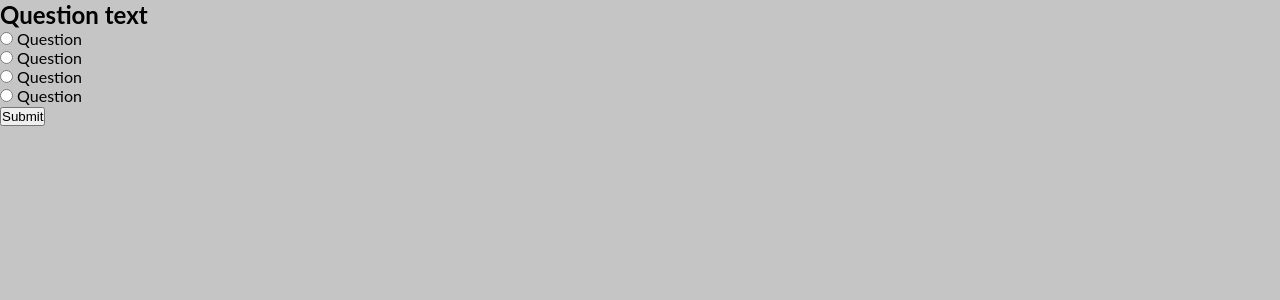
Repository: PratypartyY2K/JavaScript-Projects
Page: Quiz-App/index.html
These files come from the project's save history. The page is drawn as it stood at one moment and after the next save; the edit follows.
The browser window is 1280 px wide. The pictures show the whole page.

Above is the page before, as saved 2021-07-04 09:03:59.

### Quiz-App/index.html
<!DOCTYPE html>
<html lang="en">

<head>
    <meta charset="UTF-8">
    <meta http-equiv="X-UA-Compatible" content="IE=edge">
    <meta name="viewport" content="width=device-width, initial-scale=1.0">
    <title>Quiz App</title>
    <link rel="stylesheet" href="styles.css">
    <script src="script.js" defer></script>
</head>

<body>
    <div class="quiz-container" id="quiz">
        <div class="quiz-header">
            <h2 id="question">Question text</h2>
            <ul>
                <li>
                    <input type="radio" id="a" name="answer" class="answer" />
                    <label id="a_text" for="a">Question</label>
                </li>
                <li>
                    <input type="radio" id="b" name="answer" class="answer" />
                    <label id="b_text" for="b">Question</label>
                </li>
                <li>
                    <input type="radio" id="c" name="answer" class="answer" />
                    <label id="c_text" for="c">Question</label>
                </li>
                <li>
                    <input type="radio" id="d" name="answer" class="answer" />
                    <label id="d_text" for="d">Question</label>
                </li>
            </ul>
        </div>
        <button id="submit">Submit</button>
    </div>
</body>
</html>

### Quiz-App/styles.css
* {
    margin: 0;
    padding: 0;
    box-sizing: border-box;
}

body {
    background: rgb(197, 197, 197);
    font-family: "Lato", sans-serif;
}

### Quiz-App/script.js
const quizData = [
  {
    question: "What is 10 + 4?",
    a: "12",
    b: "14",
    c: "16",
    d: "140",
    correct: "c",
  },
  {
    question: "What is 20 - 9?",
    a: "7",
    b: "13",
    c: "11",
    d: "29",
    correct: "c",
  },
  {
    question: "What is 7 x 3?",
    a: "21",
    b: "24",
    c: "25",
    d: "20",
    correct: "a",
  },
  {
    question: "What is 8 / 2?",
    a: "10",
    b: "2",
    c: "4",
    d: "6",
    correct: "c",
  },
  {
    question: "What is 8 ^ 2?",
    a: "8",
    b: "2",
    c: "64",
    d: "16",
    correct: "c",
  },
];

After the next save:
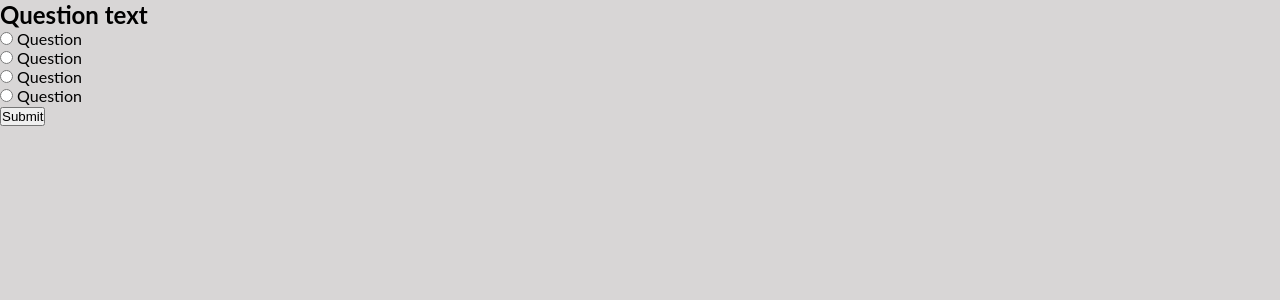
Saved 12 s later.
--- a/Quiz-App/styles.css
+++ b/Quiz-App/styles.css
@@ -5,6 +5,6 @@
 }
 
 body {
-    background: rgb(197, 197, 197);
+    background: rgb(216, 214, 214);
     font-family: "Lato", sans-serif;
 }
